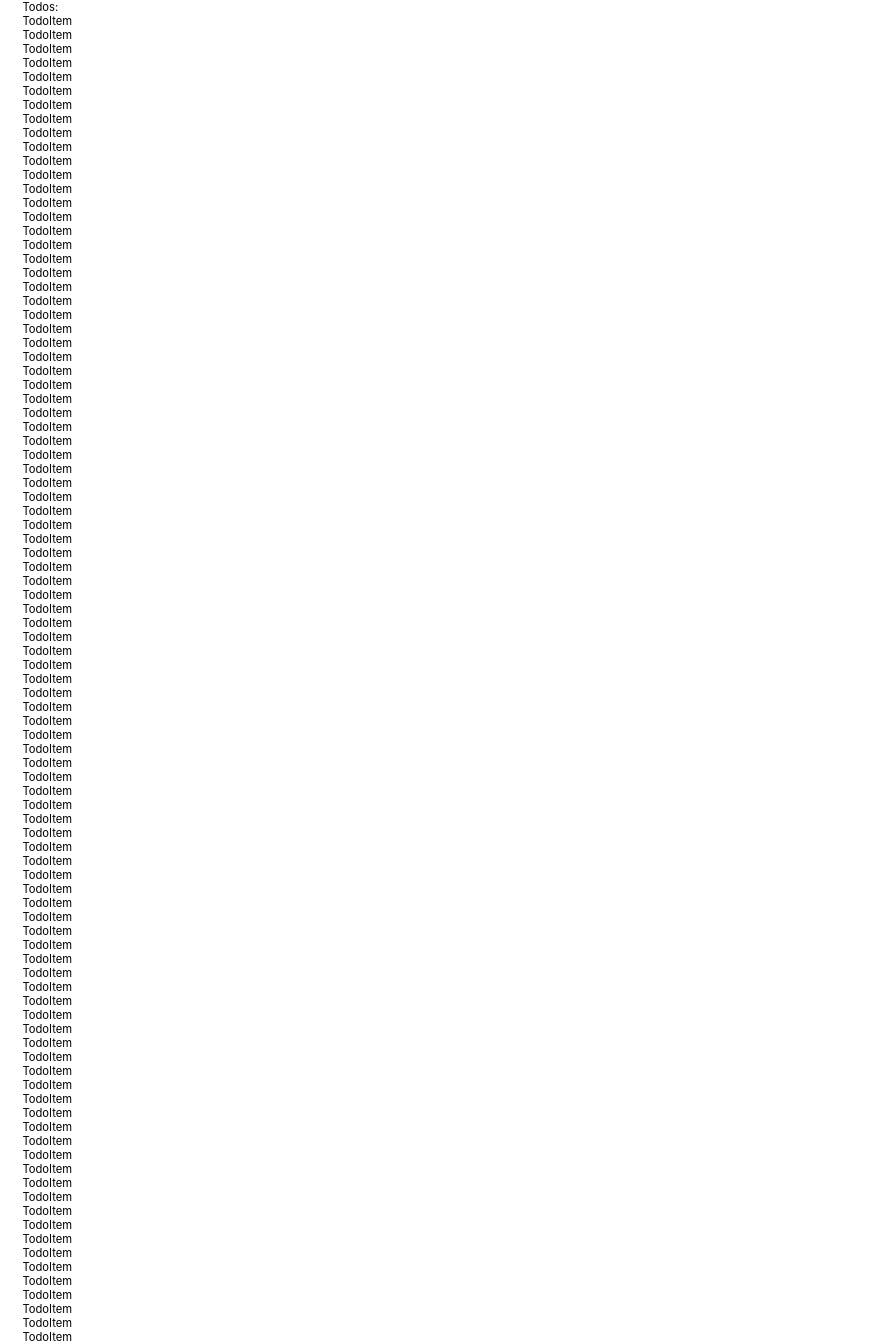
Repository: vhoreho/react
Page: / (app in myapp/)
The author's editor kept a copy of each file at every save. The page is drawn from the files as they stood at one save, then again after the next save.
The browser window is 1280 px wide. The pictures show the part of the page from y = 0 to 1920 px (the page is 4020 px tall), at 70% of full size.
The project was rebuilt for these pictures with package versions that can differ from the ones it lists, and the page was loaded fresh each time.

Above is the page before, as saved 2022-08-08 21:26:20.

After the next save:
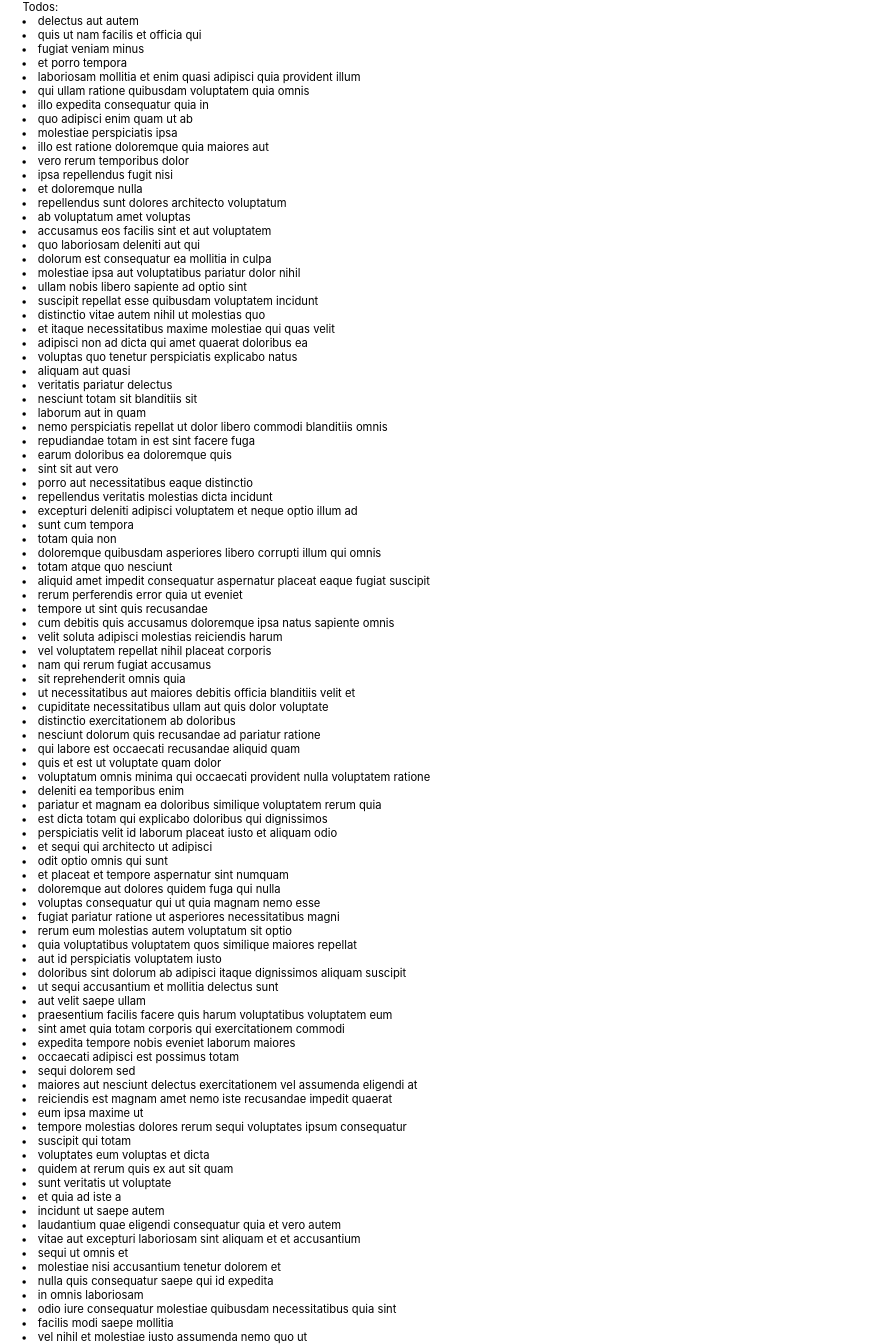
Saved 72 s later.
--- a/myapp/src/components/TodoItem.js
+++ b/myapp/src/components/TodoItem.js
@@ -1,8 +1,10 @@
 import React from 'react'
 
 export default function TodoItem(props) {
-    console.log(props);
-  return (
-    <div>TodoItem</div>
-  )
+    const { id, copmpleted, title } = props;
+    return (
+        <li>
+            {title}
+        </li>
+    )
 }
